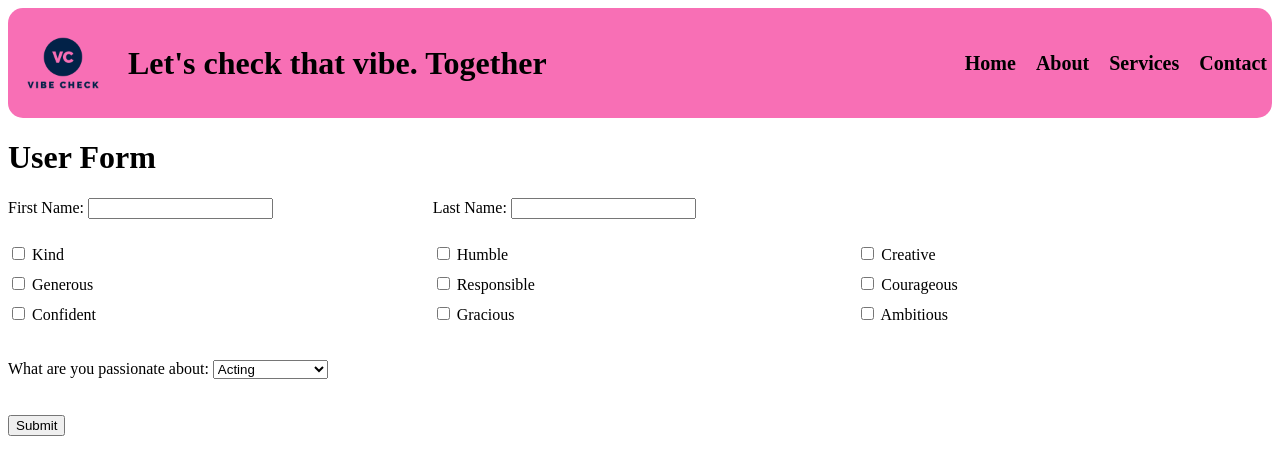
Repository: Chadloswald/Dis-Service
Page: docs/index.html
An editor plug-in stored every save of this project. The page is shown before and after the next save, followed by the edit.
The browser window is 1280 px wide. The pictures show the whole page.

Above is the page before, as saved 2023-05-02 10:22:42.

After the next save:
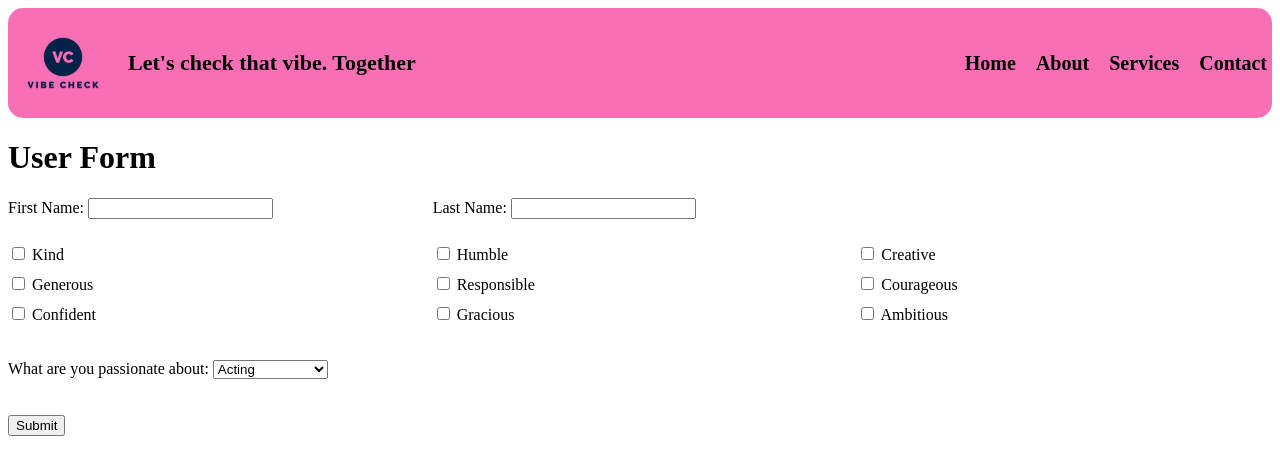
Saved 116 s later.
--- a/docs/styles.css
+++ b/docs/styles.css
@@ -20,6 +20,10 @@ label {
 	align-items: center;
 	padding: 5px;
 	border-radius: 15px;
+  }
+
+  header h1 {
+	font-size: 22px;
   }
 
   .logo {
